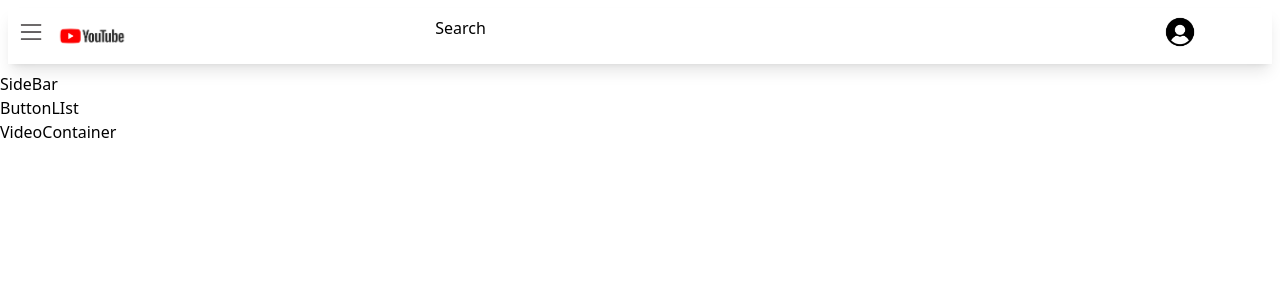
Repository: AmolPawar7181/namaste-youtube
Page: /
The author's editor kept a copy of each file at every save. The page is drawn from the files as they stood at one save, then again after the next save.
The browser window is 1280 px wide. The pictures show the whole page.
The project was rebuilt for these pictures with package versions that can differ from the ones it lists, and the page was loaded fresh each time. Also part of the build but not shown: vite.config.ts.

Above is the page before, as saved 2023-03-19 12:10:22.

### src/App.tsx
import Body from './components/Body';
import Head from './components/Head';
import './index.css';

function App() {

  return (
    <>
    <Head />
    <Body />
    </>
  )
}

export default App;

### src/components/Body.tsx
import React from 'react'
import MainContainer from './MainContainer'
import SideBar from './SideBar'

const Body = () => {
  return (
    <div>
        <SideBar />
        <MainContainer />
    </div>
  )
}

export default Body

### src/components/Head.tsx
import React from 'react'

const Head = () => {
  return (
    <div className='grid grid-flow-col p-2 m-2 shadow-lg'>
        <div className='flex col-span-1'>
        <img className="h-8" src="data:[embedded picture, 558 characters]" alt="menu"/>
        <img className="h-10 mx-2" src="data:[embedded picture, 4610 characters]" alt="Youtube" />
        </div>
        <div className='col-span-10'>
            <input type="text" />
            <button>Search</button>
        </div>
        <div className='col-span-1'>
            <img className="h-8" alt="user" src='data:[embedded picture, 3630 characters]'/>
            </div>
    </div>
  )
}

export default Head

### src/components/MainContainer.tsx
import React from 'react'
import ButtonList from './ButtonLIst';
import VideoContainer from './VideoContainer';

const MainContainer = () => {
  return (
    <div>
        <ButtonList />
        <VideoContainer />
    </div>
  )
}

export default MainContainer

### src/components/ButtonLIst.tsx
import React from 'react'

const ButtonList = () => {
  return (
    <div>ButtonLIst</div>
  )
}

export default ButtonList;

### tailwind.config.cjs
/** @type {import('tailwindcss').Config} */
module.exports = {
  content: [
    "./index.html",
  "./src/**/*.{js,ts,jsx,tsx}",],
  theme: {
    extend: {},
  },
  plugins: [],
}

Loaded but not shown: index.html (common file); src/main.tsx (common file); src/index.css (common file); src/components/SideBar.tsx (common file); src/components/VideoContainer.tsx (common file)

After the next save:
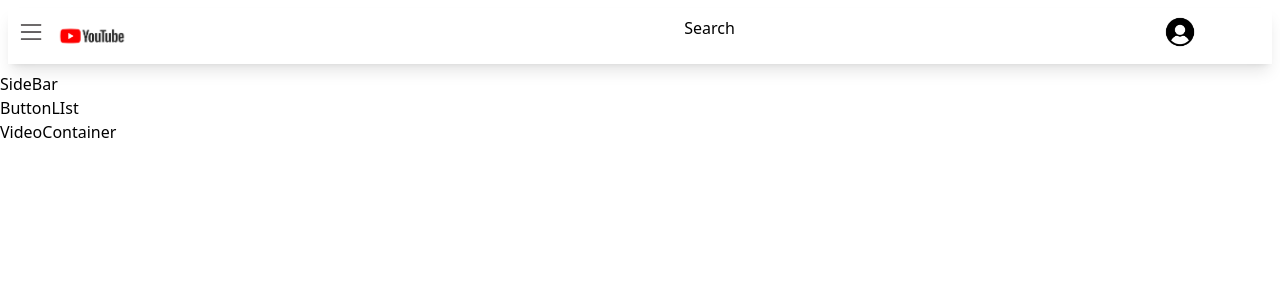
Saved 78 s later.
--- a/src/components/Head.tsx
+++ b/src/components/Head.tsx
@@ -8,7 +8,7 @@
         <img className="h-10 mx-2" src="data:[embedded picture, 4610 characters]" alt="Youtube" />
         </div>
         <div className='col-span-10'>
-            <input type="text" />
+            <input className='w-1/2' type="text" />
             <button>Search</button>
         </div>
         <div className='col-span-1'>
